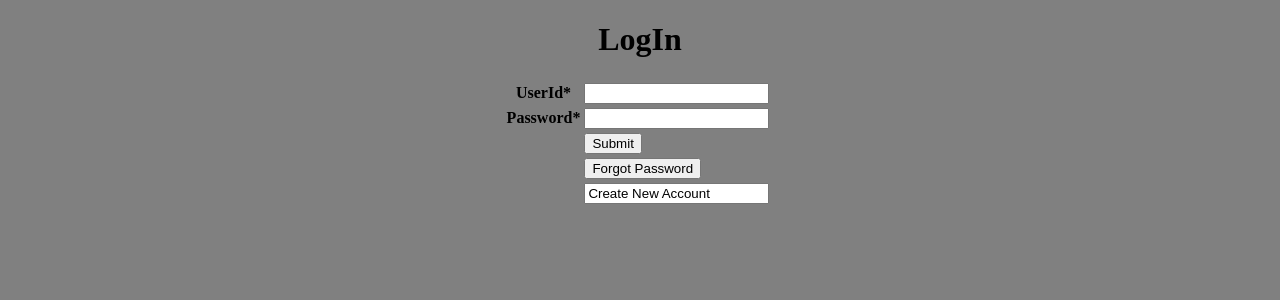
Repository: raviraj226/AdvanceJava
Page: http://localhost/Ravi_Maven/LoginWeb.jsp
The author's editor kept a copy of each file at every save. The page is drawn from the files as they stood at one save, then again after the next save.
The browser window is 1280 px wide. The pictures show the whole page.
The page is served by Tomcat 9. Other server files are loaded and not shown.

Above is the page before, as saved 2022-03-16 07:31:10.

### Advance Java/Ravi_Maven/src/main/webapp/LoginWeb.jsp
<%@ page language="java" contentType="text/html; charset=ISO-8859-1"
	pageEncoding="ISO-8859-1"%>
<!DOCTYPE html>
<html>
<head>
<meta charset="ISO-8859-1">
<title>Insert title here</title>
</head>
<body bgcolor="grey">
	<form action="LoginCtl" method="post">
		<table align="center">


			<h1 align="center">LogIn</h1>
			<%
				String error = (String) request.getAttribute("error");
				if (error != null) {
			%>
			<center>
				<font color="maroon"><%=error%></font>
			</center>
			<%
				}
			%>

			<tr>
				<th>UserId*</th>
				<td><input type="text" name="user"></td>
				<td>
					<%
						String errorlogin = (String) request.getAttribute("errorlogin");
						if (errorlogin != null) {
					%>
					<center>
						<font color="maroon"><%=errorlogin%></font>
					</center> <%
 	}
 %>
				</td>
			</tr>


			<th>Password*</th>
			<td><input type="password" name="pwd"></td>
			<td>
				<%
					String s2 = (String) request.getAttribute("errorpass");
					if (s2 != null) {
				%>
				<center>
					<font color="maroon"><%=s2%></font>
				</center> <%
 	}
 %>
			</td>


			<tr>
				<th></th>
				<td><input type="Submit" name="op" value="Submit"></input></td>
			</tr>


			<tr>
				<th></th>
				<td><input type="submit" value="Forgot Password"></td>
			</tr>

			<tr>
				<th></th>
				<td><a href="RegistrationForm.jsp"><input
						type="new account" value="Create New Account"></a></td>
			</tr>


		</table>
	</form>
</body>
</html>

After the next save:
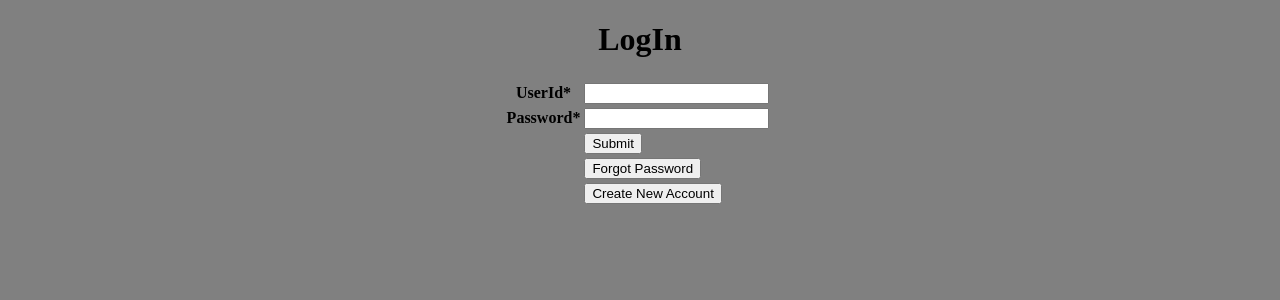
Saved 18 s later.
--- a/Advance Java/Ravi_Maven/src/main/webapp/LoginWeb.jsp
+++ b/Advance Java/Ravi_Maven/src/main/webapp/LoginWeb.jsp
@@ -69,7 +69,7 @@
 			<tr>
 				<th></th>
 				<td><a href="RegistrationForm.jsp"><input
-						type="new account" value="Create New Account"></a></td>
+						type="submit" value="Create New Account"></a></td>
 			</tr>
 
 
